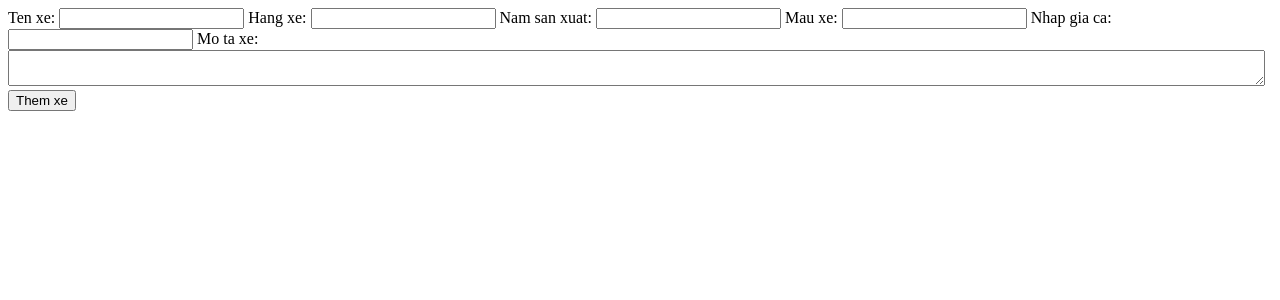
Repository: vule2809/LTW-20146307
Page: http://localhost/A-banxemay/views/product/addProduct.jsp
An editor plug-in stored every save of this project. The page is shown before and after the next save, followed by the edit.
The browser window is 1280 px wide. The pictures show the whole page.
The page is served by Tomcat 9. Nobody is signed in. The application's start-up code is not run.

Above is the page before, as saved 2023-12-05 05:53:36.

After the next save:
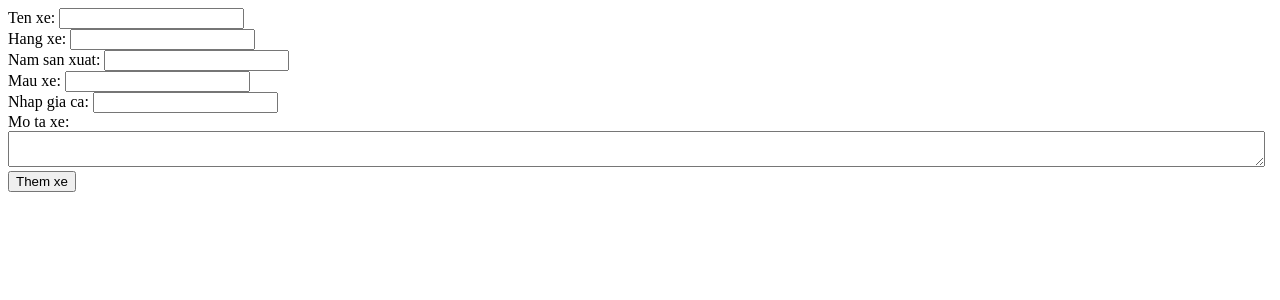
Saved 47 s later.
--- a/A-banxemay/src/main/webapp/views/product/addProduct.jsp
+++ b/A-banxemay/src/main/webapp/views/product/addProduct.jsp
@@ -9,11 +9,11 @@
 </head>
 <body>
 	<form action="add" method="post">
-		<label>Ten xe:</label> <input type="text" name="ProductName">
-		<label>Hang xe:</label> <input type="text" name="Brand">
-		<label>Nam san xuat:</label> <input type="text" name="Year">
-		<label>Mau xe:</label> <input type="text" name="Color">
-		<label>Nhap gia ca:</label> <input type="text" name="Price">
+		<label>Ten xe:</label> <input type="text" name="ProductName"><br>
+		<label>Hang xe:</label> <input type="text" name="Brand"><br>
+		<label>Nam san xuat:</label> <input type="text" name="Year"><br>
+		<label>Mau xe:</label> <input type="text" name="Color"><br>
+		<label>Nhap gia ca:</label> <input type="text" name="Price"><br>
 		<label>Mo ta xe:</label> <textarea name="Description" cols="5" class="form-control" style="width:99%;"></textarea><br>
 		<input type="submit" value="Them xe">
 
